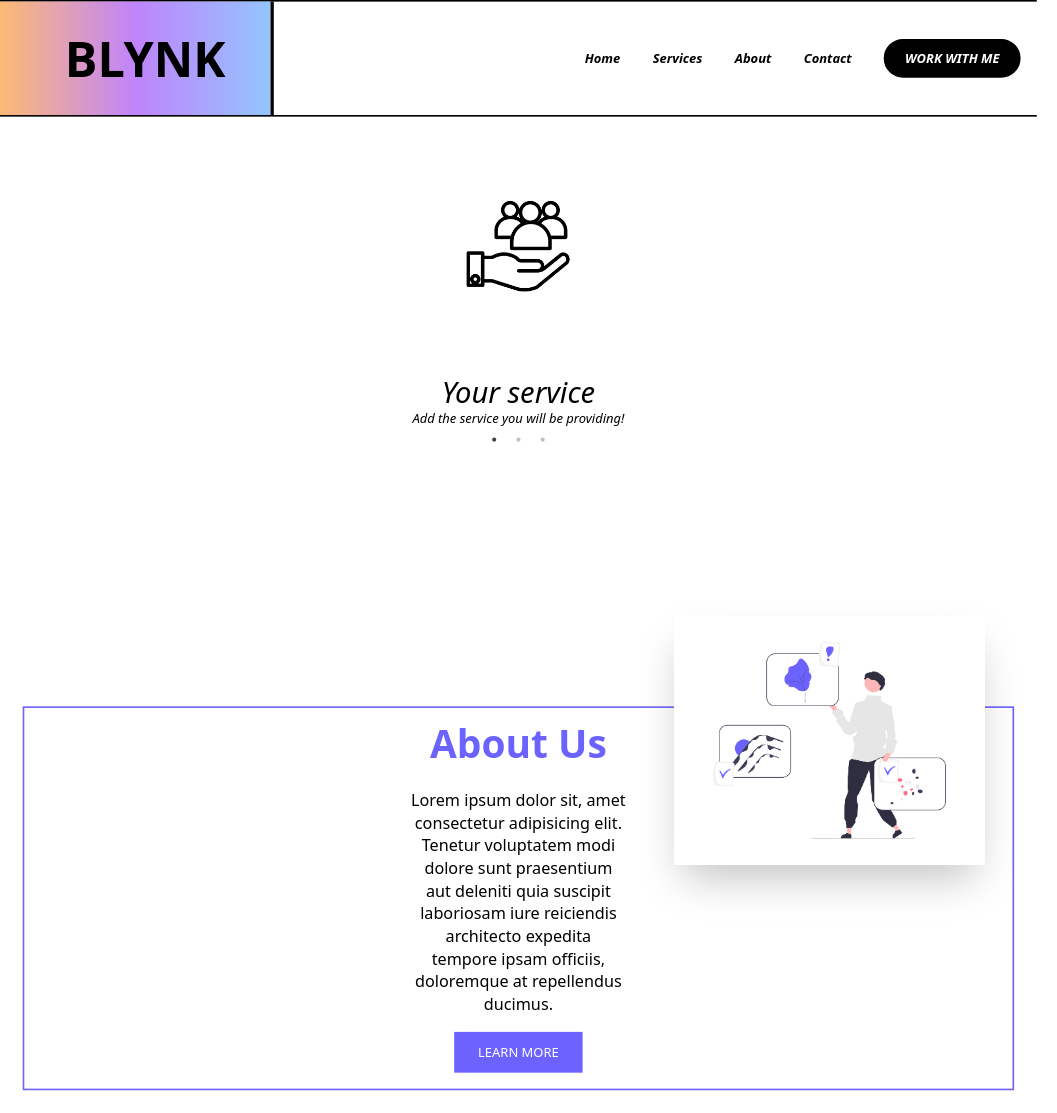
Repository: Al123Kudayyd/eportfolio
Page: /
These files come from the project's save history. The page is drawn as it stood at one moment and after a run of saves; the edit follows.
The browser window is 1280 px wide. The page is 1305 px wide, so the pictures cover 1305 px, including what lies to the right of the window. The pictures show the whole page, at 81% of full size.
The project was rebuilt for these pictures with package versions that can differ from the ones it lists, and the page was loaded fresh each time.

Above is the page before, as saved 2024-02-26 23:36:39.

After the next 4 saves:
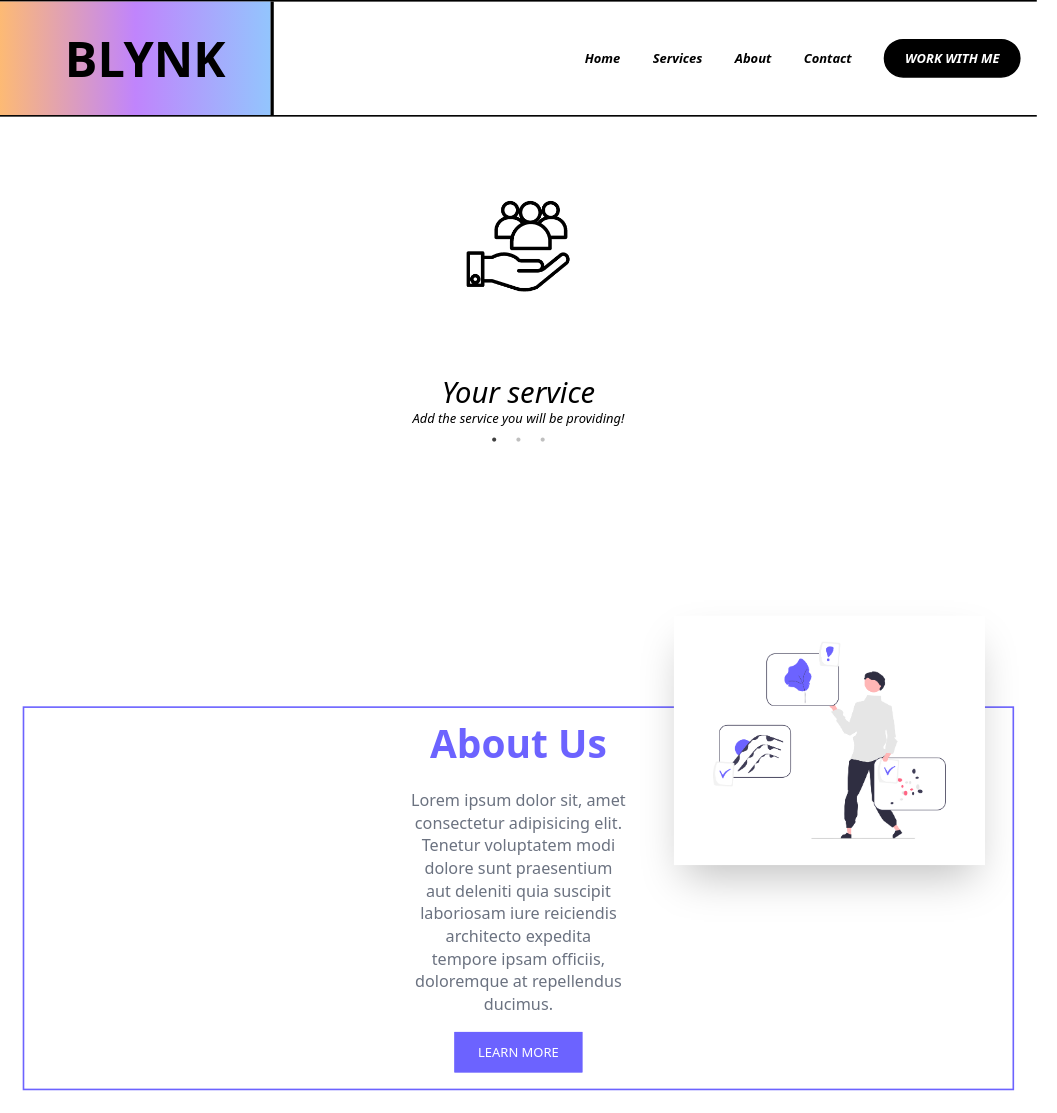
The 4 saves are shown as one change because they came seconds apart.
The last was saved 16 s later.
--- a/src/components/About.jsx
+++ b/src/components/About.jsx
@@ -9,7 +9,7 @@ function About() {
             <h1 className='text-center absolute  text-[#6C63FF] pt-5 text-5xl font-bold '>
                 About Us
             </h1>
-            <p className='md:w-1/2 lg:w-1/4 mt-20 text-xl p-5'>Lorem ipsum dolor sit, amet consectetur adipisicing elit. Tenetur voluptatem modi dolore sunt praesentium aut deleniti quia suscipit laboriosam iure reiciendis architecto expedita tempore ipsam officiis, doloremque at repellendus ducimus.</p>
+            <p className='md:w-1/2 lg:w-1/4 mt-20 text-xl text-gray-500 p-5'>Lorem ipsum dolor sit, amet consectetur adipisicing elit. Tenetur voluptatem modi dolore sunt praesentium aut deleniti quia suscipit laboriosam iure reiciendis architecto expedita tempore ipsam officiis, doloremque at repellendus ducimus.</p>
             <button className='bg-[#6C63FF] text-white border border-[#6C63FF] px-7 py-3 mb-5 hover:bg-white
             hover:text-[#6C63FF] transitio duration-300'>
               LEARN MORE
